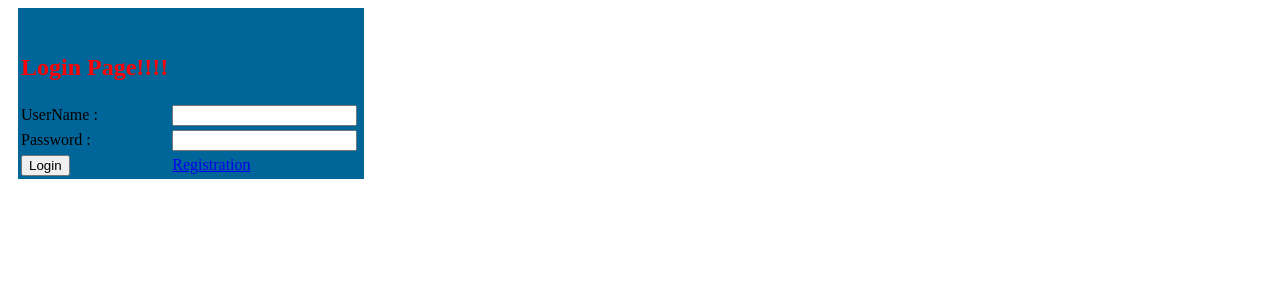
Repository: Ritesh1194/FellowshipApp
Page: http://localhost/MyLoginRegistrationProject/login.jsp
These files come from the project's save history. The page is drawn as it stood at one moment and after the next save; the edit follows.
The browser window is 1280 px wide. The pictures show the whole page.
The page is served by Tomcat 9. Nobody is signed in. The application's start-up code is not run.

Above is the page before, as saved 2019-12-27 10:07:56.

After the next save:
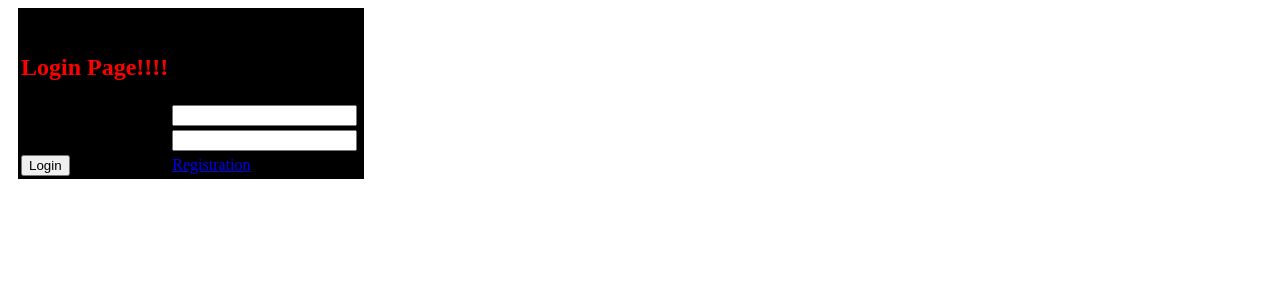
Saved 21 s later.
--- a/MyLoginRegistrationProject/WebContent/login.jsp
+++ b/MyLoginRegistrationProject/WebContent/login.jsp
@@ -9,7 +9,7 @@
 <body>
 	<form action="LoginRegister" method="post">
 		<table
-			style="background-color: #006699; margin-right: 10px; margin-left: 10px;">
+			style="background-color: black; margin-right: 10px; margin-left: 10px;">
 			<tr>
 				<td><h3 style="color: red;">${message}</h3>
 					<h3 style="color: green;">${successMessage}</h3></td>
